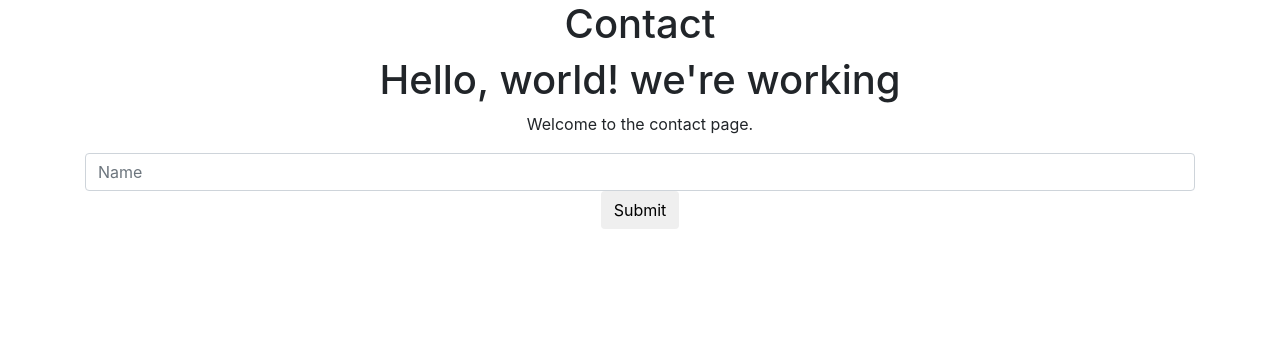
Repository: mjmaix/django101
Page: http://localhost/contact/
An editor plug-in stored every save of this project. The page is shown before and after the next save, followed by the edit.
The browser window is 1280 px wide. The pictures show the whole page.
Some web libraries are served in a nearby version. The page is served by the project's application, run on Django 2.2 (ecommerce/src/manage.py).

Above is the page before, as saved 2018-03-31 22:50:08.

After the next save:
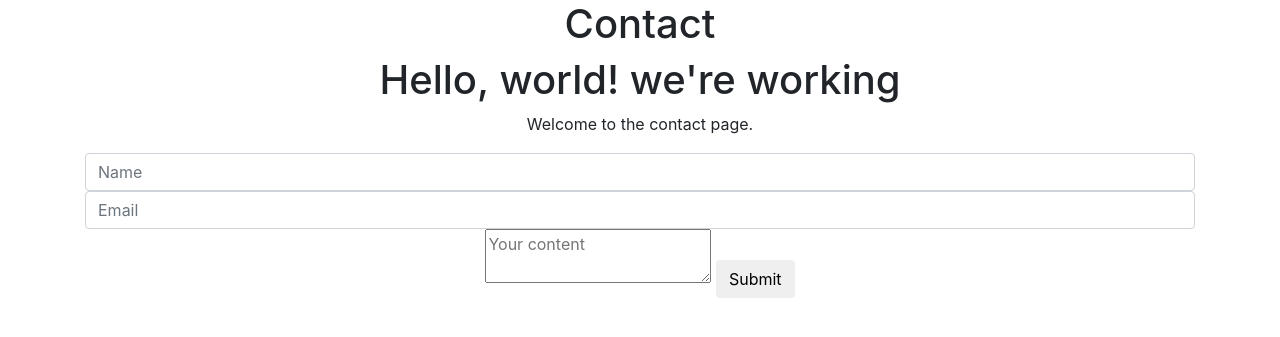
Saved 85 s later.
--- a/ecommerce/src/templates/contact/view.html
+++ b/ecommerce/src/templates/contact/view.html
@@ -26,6 +26,8 @@
           <div class='col-sm-6 col-12'></div>
           <form method='POST'> {% csrf_token %}
             <input class='form-control' type='text' placeholder="Name" name='full_name' />
+            <input class='form-control' type='email' placeholder="Email" name='email' />
+            <textarea name='content' placeholder="Your content"></textarea>
             <button class='btn btn-default' type='submit'>Submit</button>
           </form>
         </div>
